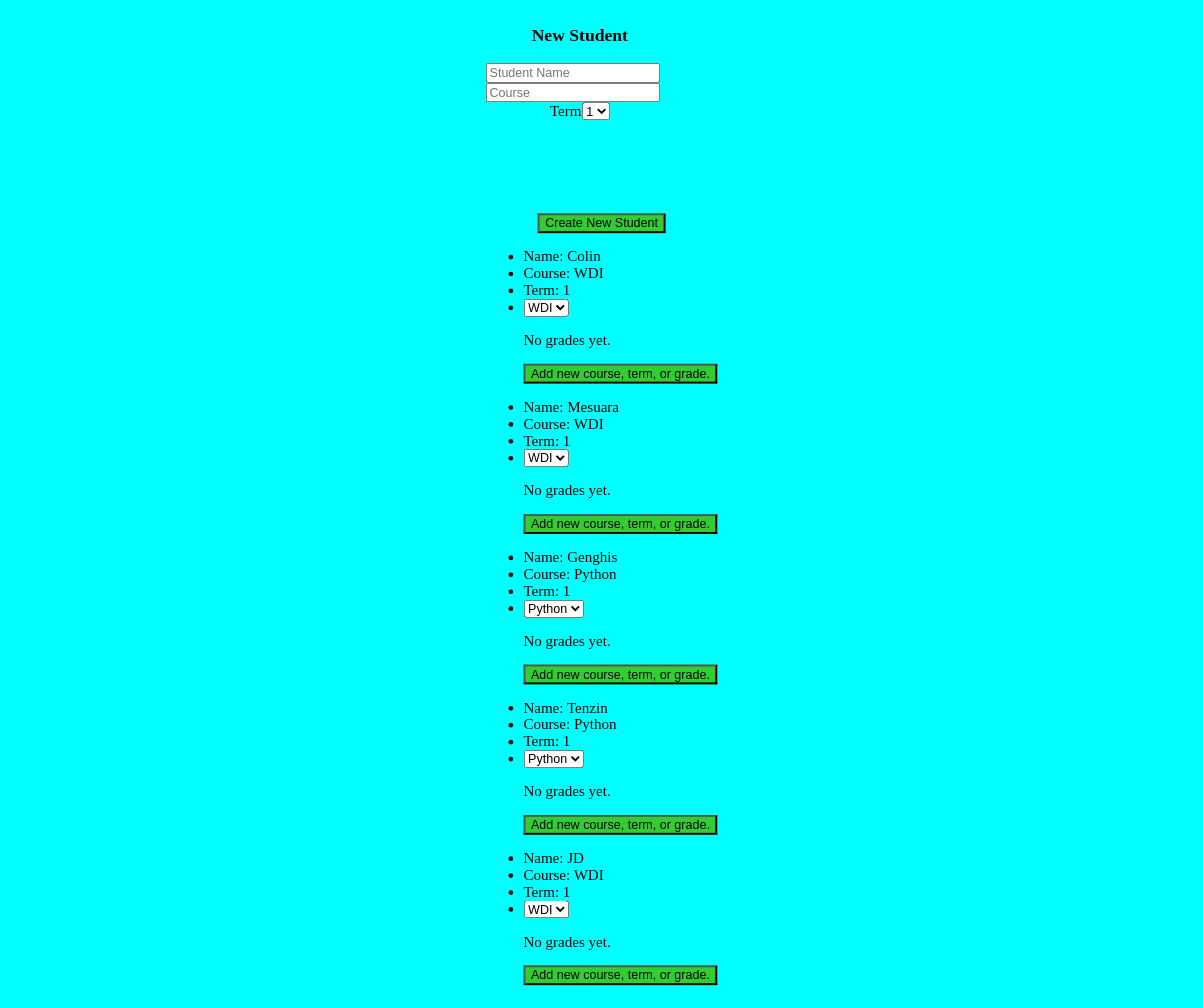
Repository: EdmontDantes/graderaide-ui
Page: index.html
These files come from the project's save history. The page is drawn as it stood at one moment and after the next save; the edit follows.
The browser window is 1280 px wide. The pictures show the whole page, at 94% of full size.

Above is the page before, as saved 2020-04-21 14:32:59.

### index.html
<html lang="en">
  <head>
    <title>Graderaide</title>
    <meta charset="UTF-8">
    <meta name="viewport" content="width=device-width, initial-scale=1">
    <link rel="stylesheet" type="text/css" href="style.css">
  </head>

  <body>
    <section class="app">
      <section class="new-student-input">
        <h1 id="text-h1-creation-section">New Student</h1>

        <div id="new-student-input-boxes">
          <!-- <label for="new-student-name">Student Name</label> -->
          <input id="new-student-name-input-box"type="text" class="new-student-name" name="new-student-name" placeholder="Student Name">
          <!-- <label for="new-student-course">Course</label> -->
          <input id="new-student-course-input-box" type="text" class="new-student-course" name="new-student-course" placeholder="Course">
        </div>

        <div id="new-student-input-options"
          <label for="new-student-term">Term</label>
          <select class="new-student-term" name="new-student-term">
            <option value="1">1</option>
            <option value="2">2</option>
            <option value="3">3</option>
          </select>
        </div>
      </section>
      <section class="new-student-submit">
        <button type="submit" class="new-student-button">Create New Student</button>
      </section>

      <section class="student-display">
        <ul class="student-info">
          <li>Name: Colin</li>
          <li>Course: WDI</li>
          <li>Term: 1</li>
          <li>
            <select class="course-selection">
              <option value="wdi">WDI</option>
            </select>
            <p>No grades yet.</p>
          </li><button>Add new course, term, or grade.</button>
        </ul>
        <ul class="student-info">
          <li>Name: Mesuara</li>
          <li>Course: WDI</li>
          <li>Term: 1</li>
          <li>
            <select class="course-selection">
              <option value="wdi">WDI</option>
            </select>
            <p>No grades yet.</p>
          </li><button>Add new course, term, or grade.</button>
        </ul>
        <ul class="student-info">
          <li>Name: Genghis</li>
          <li>Course: Python</li>
          <li>Term: 1</li>
          <li>
            <select class="course-selection">
              <option value="python">Python</option>
            </select>
            <p>No grades yet.</p>
          </li><button>Add new course, term, or grade.</button>
        </ul>
        <ul class="student-info">
          <li>Name: Tenzin</li>
          <li>Course: Python</li>
          <li>Term: 1</li>
          <li>
            <select class="course-selection">
              <option value="python">Python</option>
            </select>
            <p>No grades yet.</p>
          </li><button>Add new course, term, or grade.</button>
        </ul>
        <ul class="student-info">
          <li>Name: JD</li>
          <li>Course: WDI</li>
          <li>Term: 1</li>
          <li>
            <select class="course-selection">
              <option value="wdi">WDI</option>
            </select>
            <p>No grades yet.</p>
          </li><button>Add new course, term, or grade.</button>
        </ul>
      </section>
    </section>
  </body>
</html>

### style.css
@media (min-width: 601px) and (max-width: 1100px);
body {
    background-color: aqua;
    display: flex;
    flex-wrap: wrap;
    justify-content: center;
}

#text-h1-creation-section {
    display: flex;
    flex-wrap: wrap;
    justify-content: center;
}

#new-student-input-options {
    display: flex;
    flex-wrap: wrap;
    justify-content: center;
}

.new-student-submit {
    display: flex;
    flex-wrap: wrap;
    justify-content: center;
}

.new-student-input {
    width: 200px;
    height: 200px;

}
button {
    background-color: limegreen ;
}

After the next save:
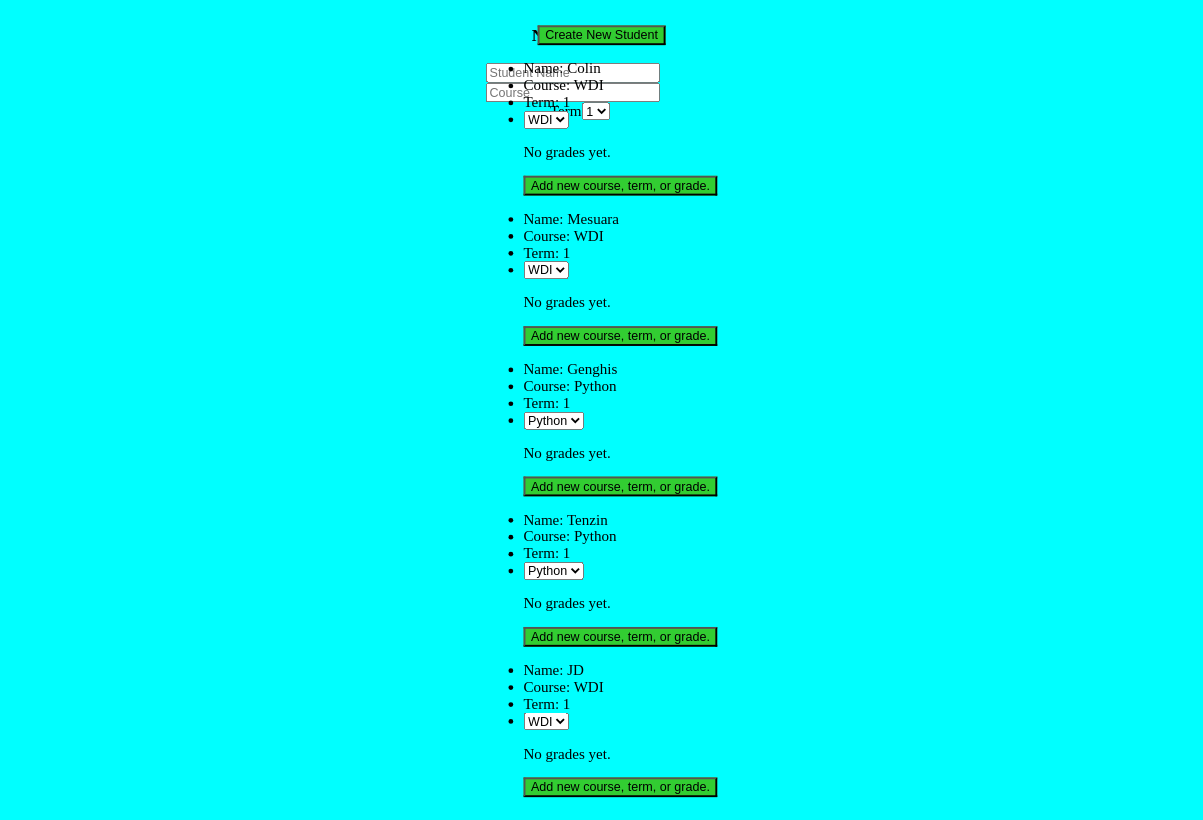
Saved 7 s later.
--- a/style.css
+++ b/style.css
@@ -26,7 +26,7 @@ body {
 
 .new-student-input {
     width: 200px;
-    height: 200px;
+    height: 00px;
 
 }
 button {
